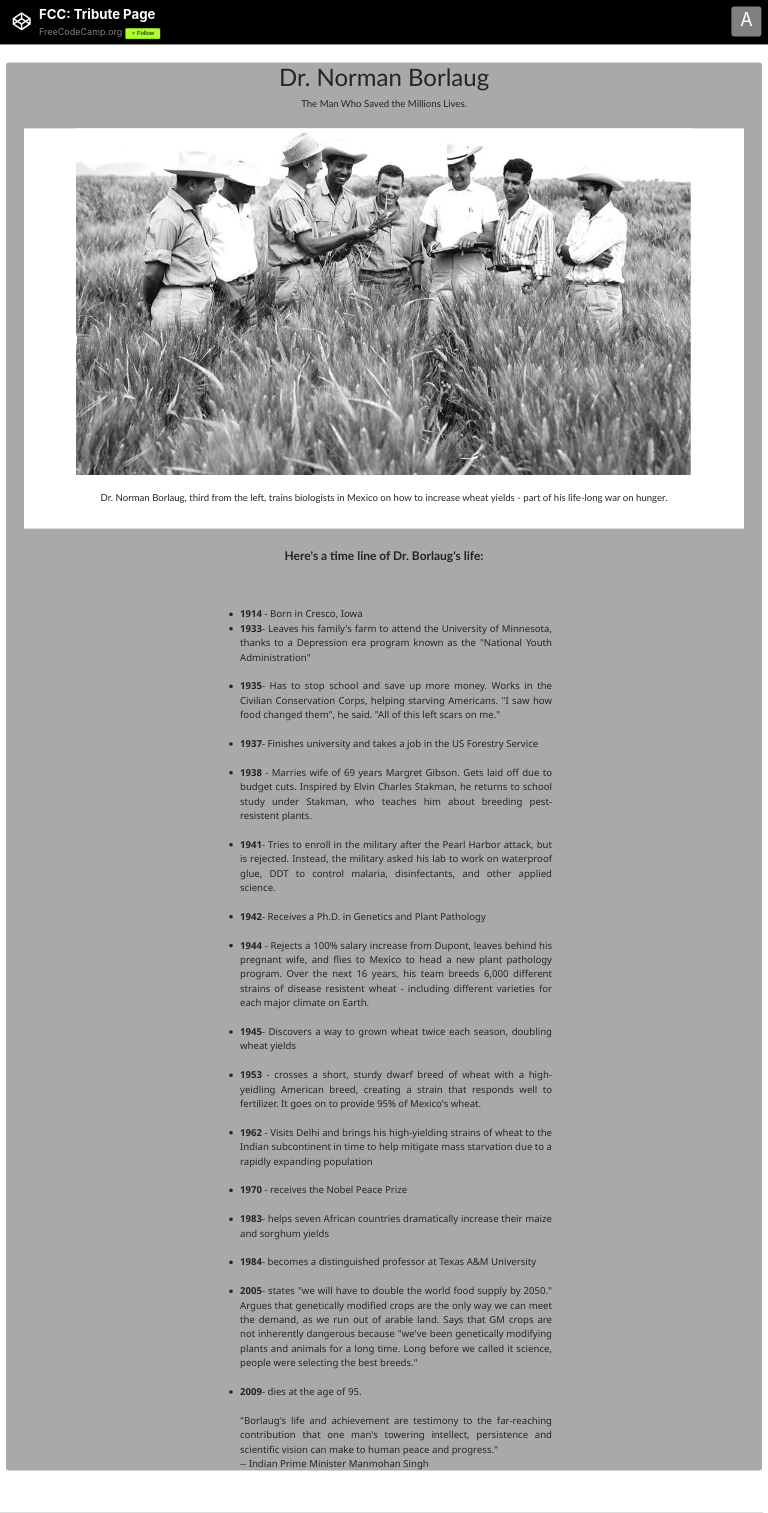
Repository: AbdulWahabRaza123/tributePage
Page: index.html
An editor plug-in stored every save of this project. The page is shown before and after the next save, followed by the edit.
The browser window is 1280 px wide. The pictures show the whole page, at 60% of full size.

Above is the page before, as saved 2021-09-02 17:00:35.

### index.html
<!doctype html>
<html lang="en">

<head>
    <!-- Required meta tags -->
    <meta charset="utf-8">
    <meta name="viewport" content="width=device-width, initial-scale=1, shrink-to-fit=no">

    <!-- Bootstrap CSS -->
    <link rel="stylesheet" href="https://cdn.jsdelivr.net/npm/bootstrap@4.6.0/dist/css/bootstrap.min.css" integrity="sha384-B0vP5xmATw1+K9KRQjQERJvTumQW0nPEzvF6L/Z6nronJ3oUOFUFpCjEUQouq2+l" crossorigin="anonymous">

    <title>FCC: Tribute Page</title>
    <link rel="stylesheet" href="new.css">

</head>

<body>
    <header id="Nav">
        <div class="A-Button">
            <center><a href="#" id="A-Link">A</a></center>
        </div>
        <img id="image" src="logo.PNG " alt="Logo " width:4px height:4px>
        <div class="Web-Name">
            <b>FCC: Tribute Page</b>
        </div>

        <a href="#" id="Web-Link">FreeCodeCamp.org</a>
        <button id="follow-button">+ Follow</button>

    </header>
    <main id="main">

        <h1 id="title">Dr. Norman Borlaug</h1>
        The Man Who Saved the Millions Lives.

        <div id="img-div">
            <img div="image" src="img.PNG" alt="Picture">
            <p div="img-caption"><br>Dr. Norman Borlaug, third from the left, trains biologists in Mexico on how to increase wheat yields - part of his life-long war on hunger.</p><br>
        </div>
        <div id="tribute-info">
            <b id="Heading">Here's a time line of Dr. Borlaug's life:</b>
            <ul id="Lists">
                <li><strong>1914</strong> - Born in Cresco, Iowa</li>
                <li><strong>1933</strong>- Leaves his family's farm to attend the University of Minnesota, thanks to a Depression era program known as the "National Youth Administration"</li>
                <br>
                <li><strong>1935</strong>- Has to stop school and save up more money. Works in the Civilian Conservation Corps, helping starving Americans. "I saw how food changed them", he said. "All of this left scars on me."</li>
                <br>
                <li><strong>1937</strong>- Finishes university and takes a job in the US Forestry Service</li>
                <br>
                <li><strong>1938</strong> - Marries wife of 69 years Margret Gibson. Gets laid off due to budget cuts. Inspired by Elvin Charles Stakman, he returns to school study under Stakman, who teaches him about breeding pest-resistent plants.</li>
                <br>
                <li><strong>1941</strong>- Tries to enroll in the military after the Pearl Harbor attack, but is rejected. Instead, the military asked his lab to work on waterproof glue, DDT to control malaria, disinfectants, and other applied science.</li>
                <br>
                <li><strong>1942</strong>- Receives a Ph.D. in Genetics and Plant Pathology</li>
                <br>
                <li><strong>1944 </strong> - Rejects a 100% salary increase from Dupont, leaves behind his pregnant wife, and flies to Mexico to head a new plant pathology program. Over the next 16 years, his team breeds 6,000 different strains of disease
                    resistent wheat - including different varieties for each major climate on Earth.</li>
                <br>
                <li><strong>1945</strong>- Discovers a way to grown wheat twice each season, doubling wheat yields</li>
                <br>
                <li><strong>1953</strong> - crosses a short, sturdy dwarf breed of wheat with a high-yeidling American breed, creating a strain that responds well to fertilizer. It goes on to provide 95% of Mexico's wheat.</li>
                <br>
                <li><strong>1962</strong> - Visits Delhi and brings his high-yielding strains of wheat to the Indian subcontinent in time to help mitigate mass starvation due to a rapidly expanding population</li>
                <br>
                <li><strong>1970 </strong>- receives the Nobel Peace Prize
                </li>
                <br>
                <li><strong>1983</strong>- helps seven African countries dramatically increase their maize and sorghum yields</li>
                <br>
                <li><strong>1984</strong>- becomes a distinguished professor at Texas A&M University</li>
                <br>
                <li><strong>2005</strong>- states "we will have to double the world food supply by 2050." Argues that genetically modified crops are the only way we can meet the demand, as we run out of arable land. Says that GM crops are not inherently dangerous
                    because "we've been genetically modifying plants and animals for a long time. Long before we called it science, people were selecting the best breeds."</li>
                <br>
                <li><strong>2009</strong>- dies at the age of 95.</li>
                <br> "Borlaug's life and achievement are testimony to the far-reaching contribution that one man's towering intellect, persistence and scientific vision can make to human peace and progress."<br> -- Indian Prime Minister Manmohan Singh
            </ul>
        </div>

    </main>
    <!-- Optional JavaScript; choose one of the two! -->

    <!-- Option 1: jQuery and Bootstrap Bundle (includes Popper) -->
    <script src="https://code.jquery.com/jquery-3.5.1.slim.min.js " integrity="sha384-DfXdz2htPH0lsSSs5nCTpuj/zy4C+OGpamoFVy38MVBnE+IbbVYUew+OrCXaRkfj " crossorigin="anonymous "></script>
    <script src="https://cdn.jsdelivr.net/npm/bootstrap@4.6.0/dist/js/bootstrap.bundle.min.js " integrity="sha384-Piv4xVNRyMGpqkS2by6br4gNJ7DXjqk09RmUpJ8jgGtD7zP9yug3goQfGII0yAns " crossorigin="anonymous "></script>

    <!-- Option 2: Separate Popper and Bootstrap JS -->
    <!--
    <script src="https://code.jquery.com/jquery-3.5.1.slim.min.js " integrity="sha384-DfXdz2htPH0lsSSs5nCTpuj/zy4C+OGpamoFVy38MVBnE+IbbVYUew+OrCXaRkfj " crossorigin="anonymous "></script>
    <script src="https://cdn.jsdelivr.net/npm/popper.js@1.16.1/dist/umd/popper.min.js " integrity="sha384-9/reFTGAW83EW2RDu2S0VKaIzap3H66lZH81PoYlFhbGU+6BZp6G7niu735Sk7lN " crossorigin="anonymous "></script>
    <script src="https://cdn.jsdelivr.net/npm/bootstrap@4.6.0/dist/js/bootstrap.min.js " integrity="sha384-+YQ4JLhjyBLPDQt//I+STsc9iw4uQqACwlvpslubQzn4u2UU2UFM80nGisd026JF " crossorigin="anonymous "></script>
    -->
</body>

</html>

### new.css
header {
    background-color: black;
    padding: 8px;
    margin-bottom: 30px;
}

#image {
    float: left;
    margin-top: 8px;
}

.Web-Name {
    color: white;
    font-size: 22px;
    margin: 0px;
}

#Web-Link {
    color: white;
    opacity: 0.5;
    margin: 0px;
    font-size: 15px;
}

#Web-Link:hover {
    text-decoration: none;
    opacity: 1;
}

#follow-button {
    color: black;
    font-family: "Helvetica";
    font-size: 10px;
    background-color: greenyellow;
    border: 1px solid;
    border-color: black;
    border-radius: 3px;
    width: 60px;
    height: 20px;
    top: 50px;
    left: 50px;
    cursor: hand;
}

.A-Button {
    width: 50px;
    height: 50px;
    background-color: grey;
    float: right;
    font-size: 30px;
    border: 5px white;
    border-radius: 5px;
    margin: 3px;
}

#A-Link {
    text-decoration: none;
    color: white;
}

#A-Link:hover {
    text-decoration: none;
    color: black;
}

#main {
    background-color: darkgrey;
    margin: 10px;
    border: 5px black;
    border-radius: 5px;
    text-align: center;
    font-family: 'Gill Sans', 'Gill Sans MT', Calibri, 'Trebuchet MS', sans-serif;
}

#img-div {
    margin: 30px;
    background-color: white;
}

#image {
    margin: 5px;
}

#img-caption {
    padding-bottom: 20px;
}

#Heading {
    font-size: 20px;
    margin: 50px;
}

#Lists {
    text-align: justify;
    margin: 70px;
    margin-left: 350px;
    margin-right: 350px;
    line-height: 1.5;
    font-family: 'Segoe UI', Tahoma, Geneva, Verdana, sans-serif;
}

After the next save:
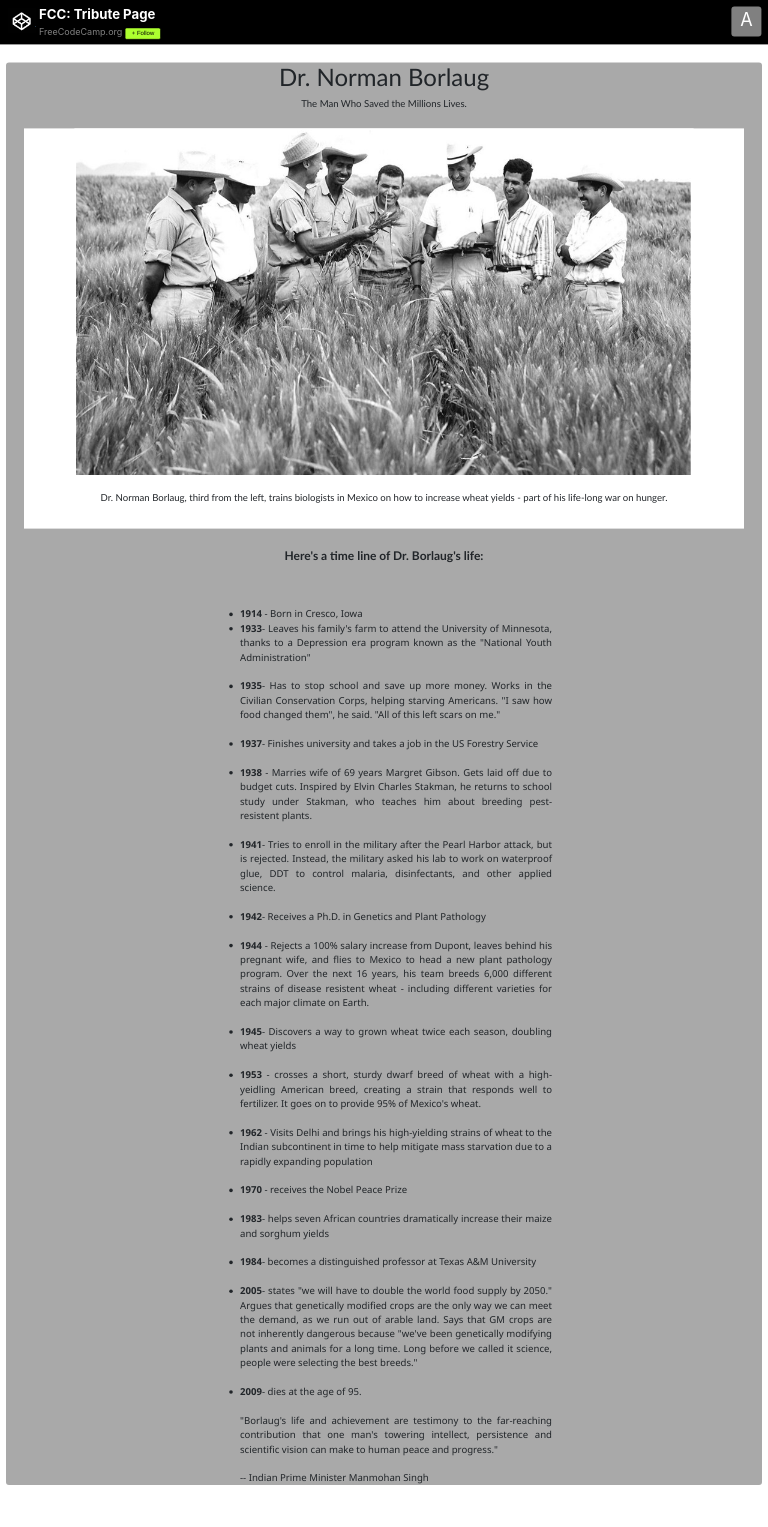
Saved 8 s later.
--- a/index.html
+++ b/index.html
@@ -73,7 +73,7 @@
                     because "we've been genetically modifying plants and animals for a long time. Long before we called it science, people were selecting the best breeds."</li>
                 <br>
                 <li><strong>2009</strong>- dies at the age of 95.</li>
-                <br> "Borlaug's life and achievement are testimony to the far-reaching contribution that one man's towering intellect, persistence and scientific vision can make to human peace and progress."<br> -- Indian Prime Minister Manmohan Singh
+                <br> "Borlaug's life and achievement are testimony to the far-reaching contribution that one man's towering intellect, persistence and scientific vision can make to human peace and progress."<br><br> -- Indian Prime Minister Manmohan Singh
             </ul>
         </div>
 
